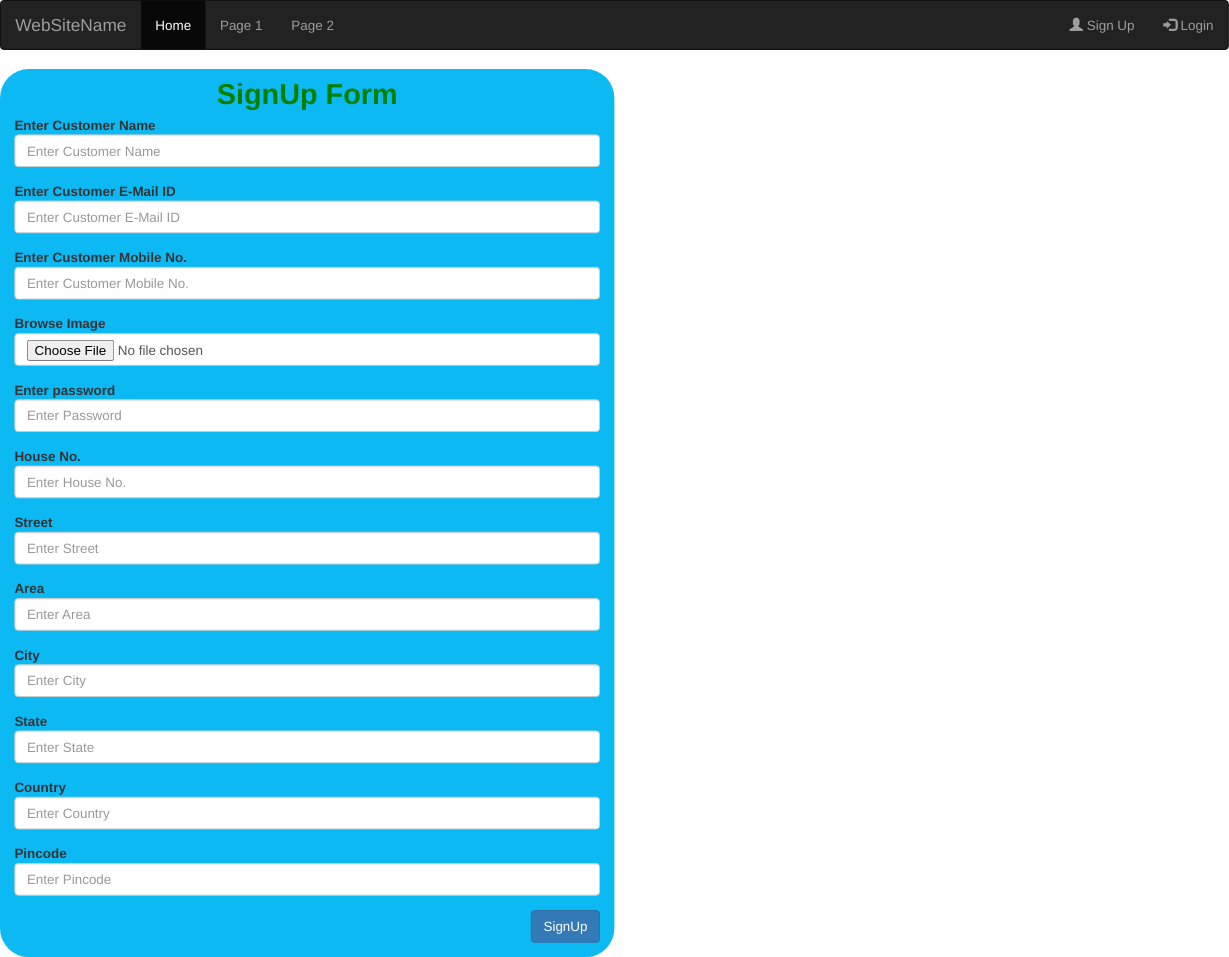
Repository: vikasyadav1433/myproject
Page: http://localhost/hustle/WEB-INF/alljsppages/signUpForm.jsp
An editor plug-in stored every save of this project. The page is shown before and after the next save, followed by the edit.
The browser window is 1280 px wide. The pictures show the whole page, at 96% of full size.
Some web libraries are served in a nearby version. The page is served by Tomcat 9. Nobody is signed in. Other server files are loaded and not shown. The template is opened directly, without the code that normally fills it, so the values that code supplies are empty.

Above is the page before, as saved 2017-08-06 16:09:00.

### workspace2/hustle/src/main/webapp/WEB-INF/alljsppages/signUpForm.jsp
<%@ page language="java" contentType="text/html; charset=ISO-8859-1"
	pageEncoding="ISO-8859-1"%>
<%@ taglib uri="http://www.springframework.org/tags/form" prefix="xyz"%>
<!DOCTYPE html PUBLIC "-//W3C//DTD HTML 4.01 Transitional//EN" "http://www.w3.org/TR/html4/loose.dtd">
<html>
<head><%@include file="links.jsp"%>
<meta http-equiv="Content-Type" content="text/html; charset=ISO-8859-1">
<title>Insert title here</title>
</head>
<body><%@include file="navbar.jsp"%>
		<div class="col-sm-6"
			style="background-color: #0db9f2; border-radius: 30px; padding-bottom: 15px; padding-top: 5px;">


			<div align="center" style="font-size: 30px; color: green">
				<b>SignUp Form</b>
			</div>




			<xyz:form commandName="customer" action="reqSendSignupData"
				enctype="multipart/form-data">

				<div class="form-group">
					<b> Enter Customer Name </b> <br>
					<xyz:input class="form-control" placeholder="Enter Customer Name"
						path="customername" />
				</div>

				<div class="form-group">
					<b> Enter Customer E-Mail ID </b> <br>
					<xyz:input class="form-control"
						placeholder="Enter Customer E-Mail ID" path="mailid" />
				</div>

				<div class="form-group">
					<b> Enter Customer Mobile No. </b> <br>
					<xyz:input class="form-control"
						placeholder="Enter Customer Mobile No." path="mobileno" />
				</div>

				<div class="form-group">
					<b>Browse Image</b> <br>
					<xyz:input class="form-control" type="file" path="customerImage" />
				</div>

				<div class="form-group">
					<b> Enter password </b> <br>
					<xyz:password class="form-control" placeholder="Enter Password"
						path="userDetails.password" />
				</div>

				<div class="form-group">
					<b>House No. </b> <br>
					<xyz:input class="form-control" placeholder="Enter House No."
						path="shippingAddress.houseno" />
				</div>

				<div class="form-group">
					<b>Street</b> <br>
					<xyz:input class="form-control" placeholder="Enter Street"
						path="shippingAddress.street" />
				</div>

				<div class="form-group">
					<b>Area</b> <br>
					<xyz:input class="form-control" placeholder="Enter Area"
						path="shippingAddress.area" />
				</div>

				<div class="form-group">
					<b>City</b> <br>
					<xyz:input class="form-control" placeholder="Enter City"
						path="shippingAddress.city" />
				</div>

				<div class="form-group">
					<b>State</b> <br>
					<xyz:input class="form-control" placeholder="Enter State"
						path="shippingAddress.state" />
				</div>

				<div class="form-group">
					<b>Country</b> <br>
					<xyz:input class="form-control" placeholder="Enter Country"
						path="shippingAddress.country" />
				</div>

				<div class="form-group">
					<b>Pincode</b> <br>
					<xyz:input class="form-control" placeholder="Enter Pincode"
						path="shippingAddress.pincode" />
				</div>

				<div align="right">
					<xyz:button class="btn btn-primary">SignUp</xyz:button>
				</div>
			</xyz:form>

		</div>

</body>
</html>

### workspace2/hustle/src/main/webapp/WEB-INF/alljsppages/links.jsp
 <link rel="stylesheet" href="https://maxcdn.bootstrapcdn.com/bootstrap/3.3.7/css/bootstrap.min.css">
  <script src="https://ajax.googleapis.com/ajax/libs/jquery/3.1.1/jquery.min.js"></script>
  <script src="https://maxcdn.bootstrapcdn.com/bootstrap/3.3.7/js/bootstrap.min.js"></script>

### workspace2/hustle/src/main/webapp/WEB-INF/alljsppages/navbar.jsp
 <nav class="navbar navbar-inverse">
  <div class="container-fluid">
    <div class="navbar-header">
      <a class="navbar-brand" href="#">WebSiteName</a>
    </div>
    <ul class="nav navbar-nav">
      <li class="active"><a href="#">Home</a></li>
      <li><a href="#">Page 1</a></li>
      <li><a href="#">Page 2</a></li>
    </ul>
    <ul class="nav navbar-nav navbar-right">
      <li><a href="reqSignUpForm"><span class="glyphicon glyphicon-user"></span> Sign Up</a></li>
      <li><a href="#"><span class="glyphicon glyphicon-log-in"></span> Login</a></li>
    </ul>
  </div>
</nav>

After the next save:
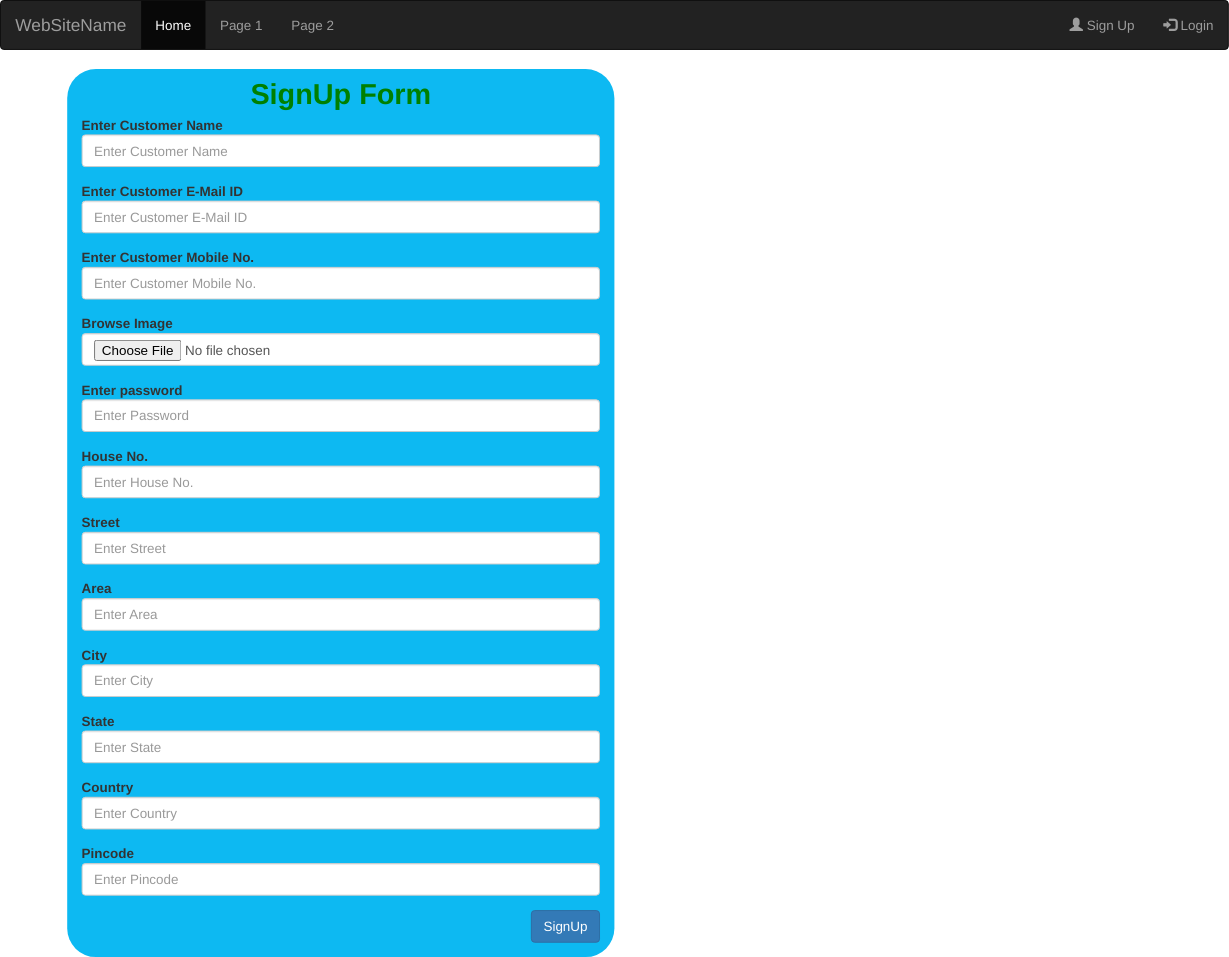
Saved 5 min 39 s later.
--- a/workspace2/hustle/src/main/webapp/WEB-INF/alljsppages/signUpForm.jsp
+++ b/workspace2/hustle/src/main/webapp/WEB-INF/alljsppages/signUpForm.jsp
@@ -8,6 +8,7 @@
 <title>Insert title here</title>
 </head>
 <body><%@include file="navbar.jsp"%>
+	<div class="container">
 		<div class="col-sm-6"
 			style="background-color: #0db9f2; border-radius: 30px; padding-bottom: 15px; padding-top: 5px;">
 
